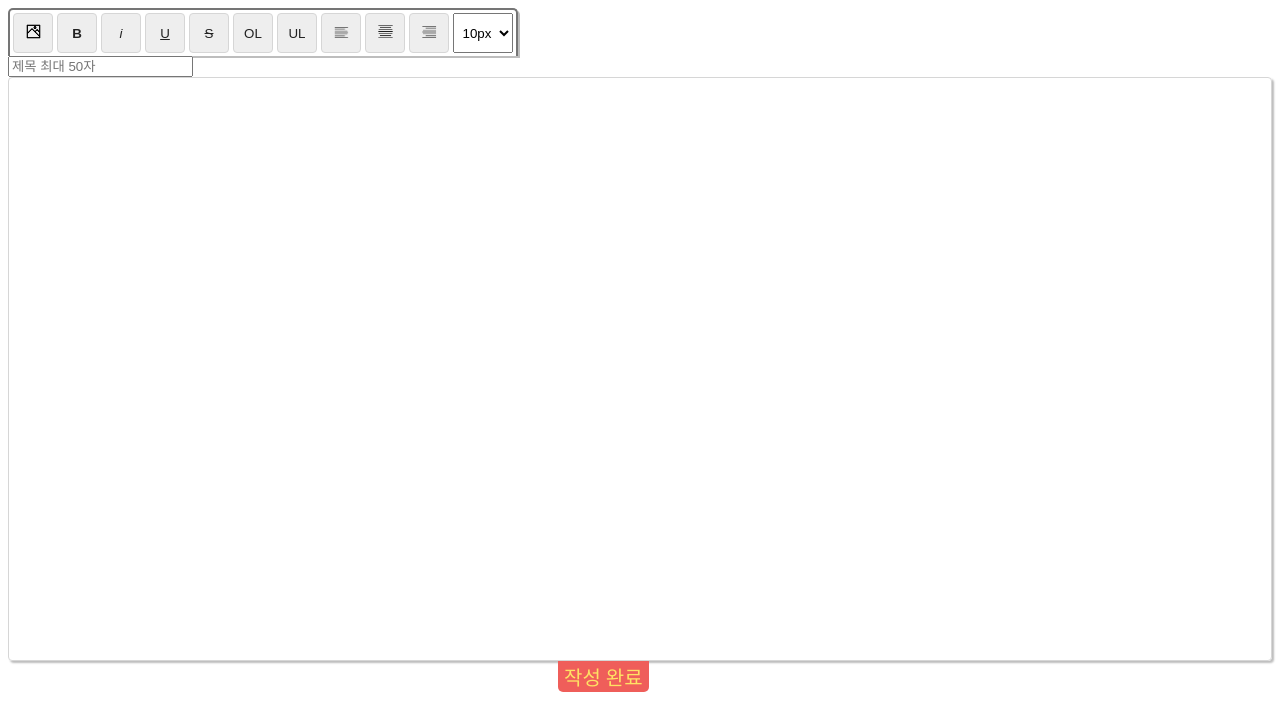
Repository: GOHO97/Haheeho
Page: http://localhost/Haheeho_Adblock/WEB-INF/views/board/boardWrite.jsp
The author's editor kept a copy of each file at every save. The page is drawn from the files as they stood at one save, then again after the next save.
The browser window is 1280 px wide. The pictures show the whole page.
The page is served by Tomcat 9. Nobody is signed in. The template is opened directly, without the code that normally fills it, so the values that code supplies are empty.

Above is the page before, as saved 2022-11-04 07:36:51.
Console error: TypeError: Cannot read properties of null (reading 'addEventListener')

After the next save:
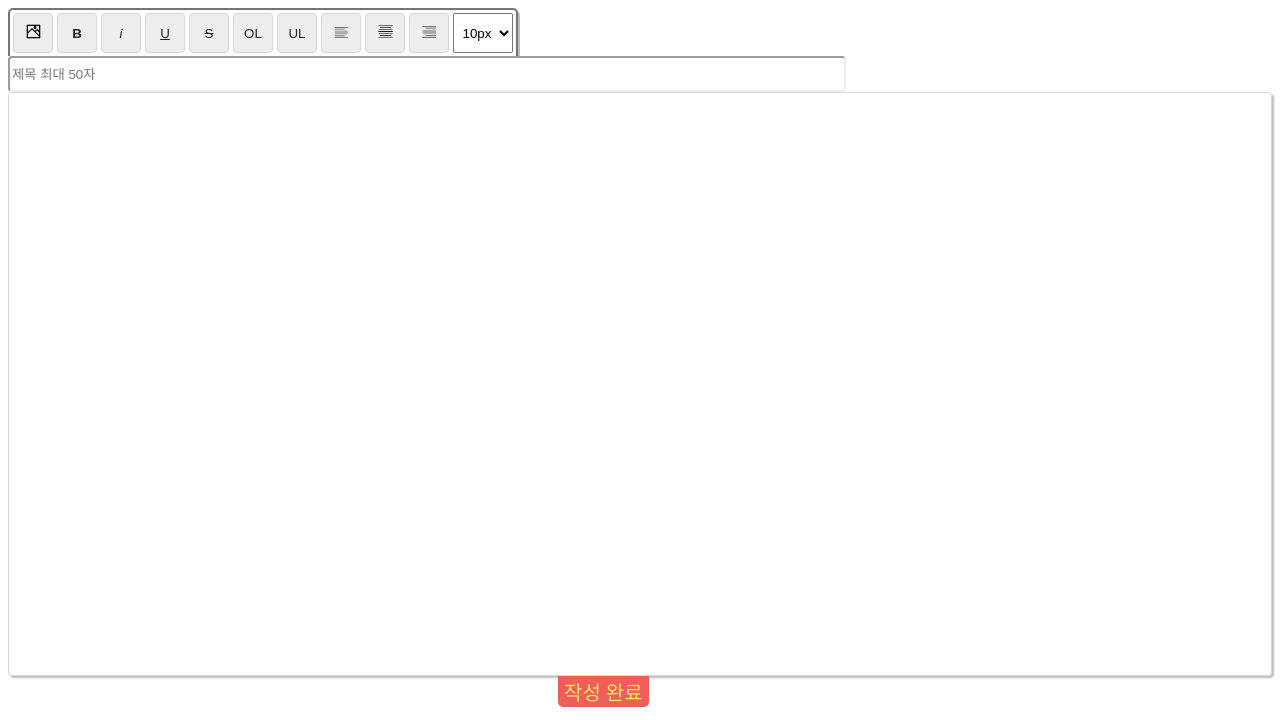
Saved 54 s later.
--- a/Haheeho_Adblock/src/main/webapp/WEB-INF/views/board/boardWrite.jsp
+++ b/Haheeho_Adblock/src/main/webapp/WEB-INF/views/board/boardWrite.jsp
@@ -75,7 +75,7 @@
 		</tr>
 	</table>
 	<div>
-		<input id="b_Title" placeholder="제목 최대 50자" maxlength="50" required="required">
+		<input id="b_title" placeholder="제목 최대 50자" maxlength="50" required="required">
 	</div>
 	<div contenteditable="true" id="boardEditor">
 
